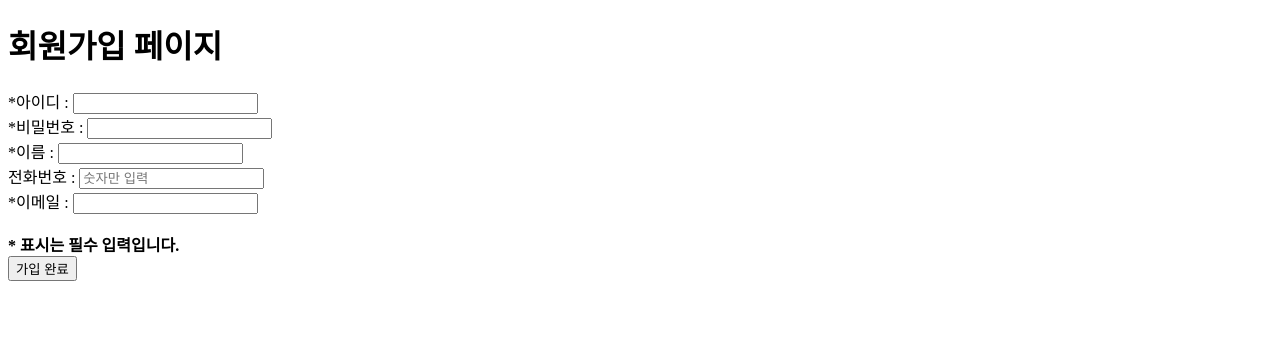
Repository: amoled4/ezen_jsp_project2
Page: http://localhost/jsp_project/member/join.jsp
An editor plug-in stored every save of this project. The page is shown before and after the next save, followed by the edit.
The browser window is 1280 px wide. The pictures show the whole page.
The page is served by Tomcat 9. Other server files are loaded and not shown.

Above is the page before, as saved 2023-05-12 03:24:17.

### jsp_project/src/main/webapp/member/join.jsp
<%@ page language="java" contentType="text/html; charset=UTF-8"
    pageEncoding="UTF-8"%>
<!DOCTYPE html>
<html>
<head>
<meta charset="UTF-8">
<title>Insert title here</title>
</head>
<body>
	<h1>회원가입 페이지</h1>
	<form action="" method="post">
		*아이디 : <input type="text" name="mid"> <br>
		*비밀번호 : <input type="password" name="mpw"> <br>
		*이름 : <input type="text" name="mname"> <br>
		전화번호 : <input type="number" name="mphone" placeholder="숫자만 입력"> <br>
		*이메일 : <input type="email" name="memail"> <br>
		<br>
		<strong>* 표시는 필수 입력입니다.</strong> <br>
		<button type="submit">가입 완료</button>
	</form>
</body>
</html>

After the next save:
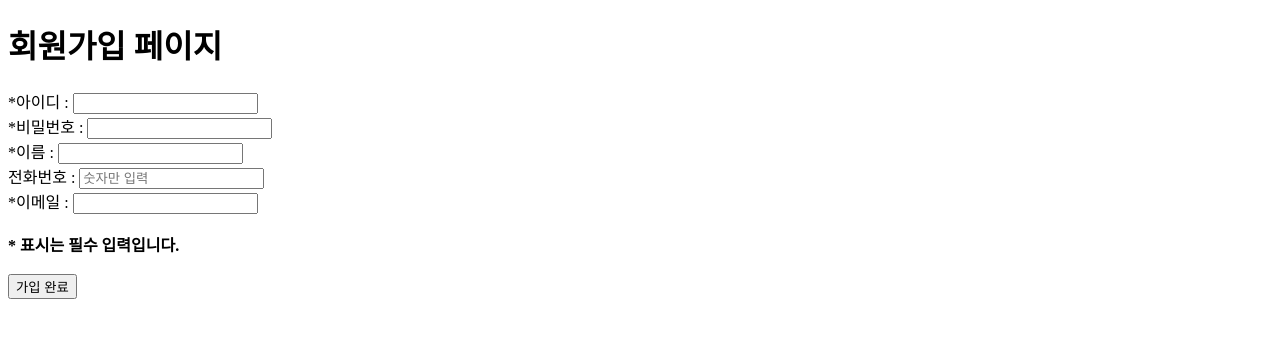
Saved 10 s later.
--- a/jsp_project/src/main/webapp/member/join.jsp
+++ b/jsp_project/src/main/webapp/member/join.jsp
@@ -15,7 +15,7 @@
 		전화번호 : <input type="number" name="mphone" placeholder="숫자만 입력"> <br>
 		*이메일 : <input type="email" name="memail"> <br>
 		<br>
-		<strong>* 표시는 필수 입력입니다.</strong> <br>
+		<strong>* 표시는 필수 입력입니다.</strong> <br><br>
 		<button type="submit">가입 완료</button>
 	</form>
 </body>
